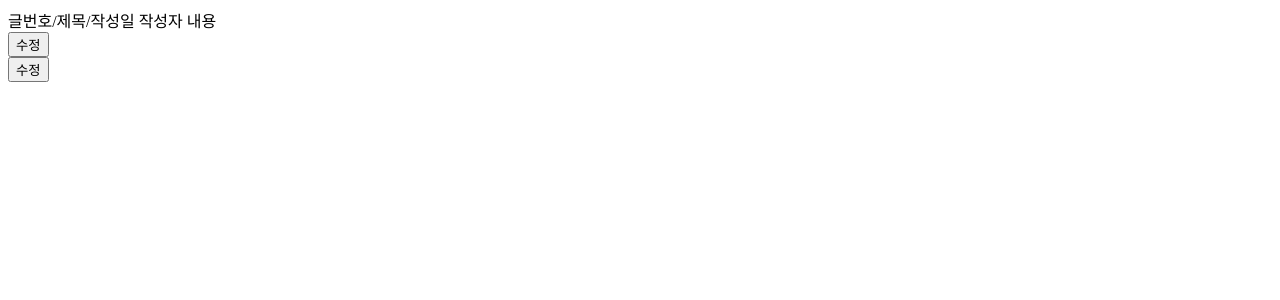
Repository: SeungwanHong/Web-jsp-
Page: http://localhost/Board2_20170406/form/board_content.jsp
An editor plug-in stored every save of this project. The page is shown before and after the next save, followed by the edit.
The browser window is 1280 px wide. The pictures show the whole page.
The page is served by Tomcat 9.

Above is the page before, as saved 2017-04-07 08:03:36.

After the next save:
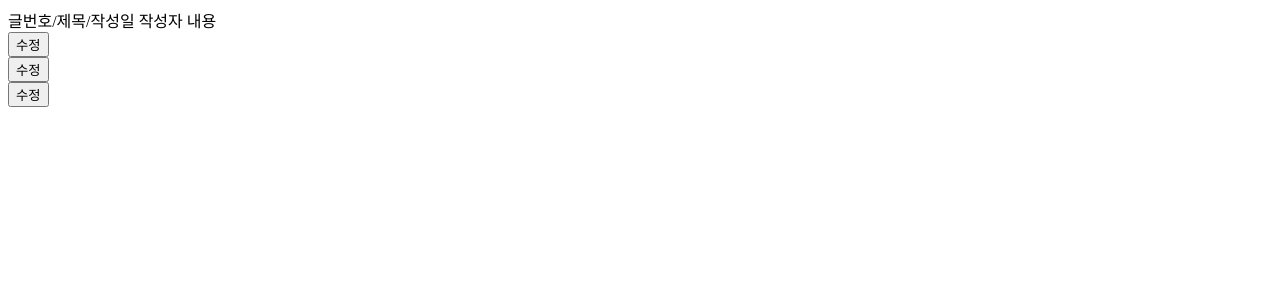
Saved 16 s later.
--- a/Board2_20170406/WebContent/form/board_content.jsp
+++ b/Board2_20170406/WebContent/form/board_content.jsp
@@ -15,8 +15,10 @@
 	<input type="submit" value="수정">
 </form>
 <form action="<%= Url.URL_FULL_BOARDCONTENT %>">
-
+<input type="submit" value="수정">
 </form>
+<form action="<%= Url.URL_FULL_BOARDCONTENT %>">
 <input type="submit" value="수정">
+</form>
 </body>
 </html>
